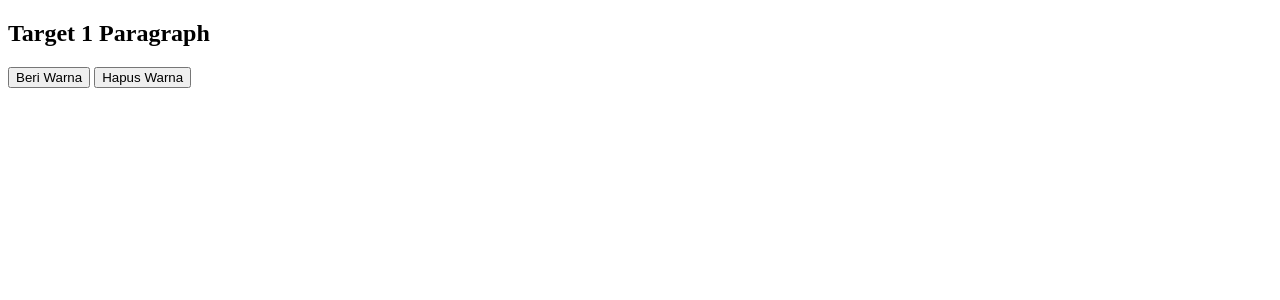
Repository: Irantsitumorang/projectRepo1
Page: BelajarJS/LatihanHTML/WebContent/jQuerytugas.html
These files come from the project's save history. The page is drawn as it stood at one moment and after the next save; the edit follows.
The browser window is 1280 px wide. The pictures show the whole page.

Above is the page before, as saved 2021-06-30 04:07:56.
Console error: ReferenceError: $ is not defined

After the next save:
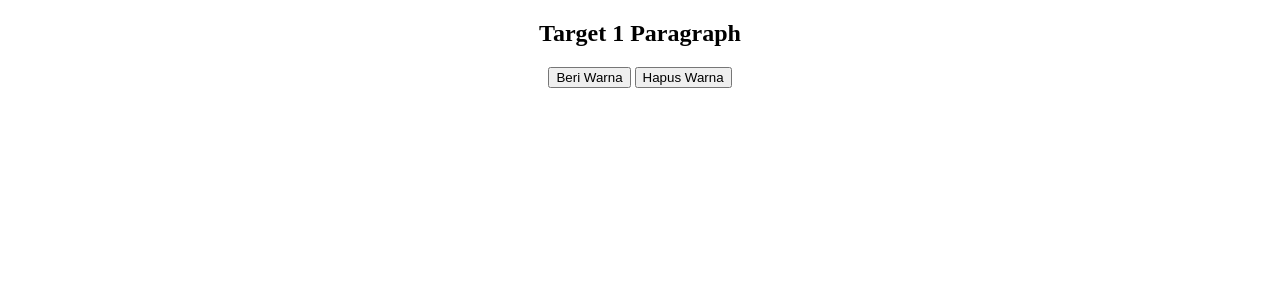
Saved 89 s later.
--- a/BelajarJS/LatihanHTML/WebContent/jQuerytugas.html
+++ b/BelajarJS/LatihanHTML/WebContent/jQuerytugas.html
@@ -26,7 +26,7 @@
      }
    </style>
 </head>
-<body>
+<body style="text-align:center">
   <h2>Target 1 Paragraph</h2>
   <button id="tombol_animasi">Beri Warna</button>
   <button id="tombol_animasi">Hapus Warna</button>
